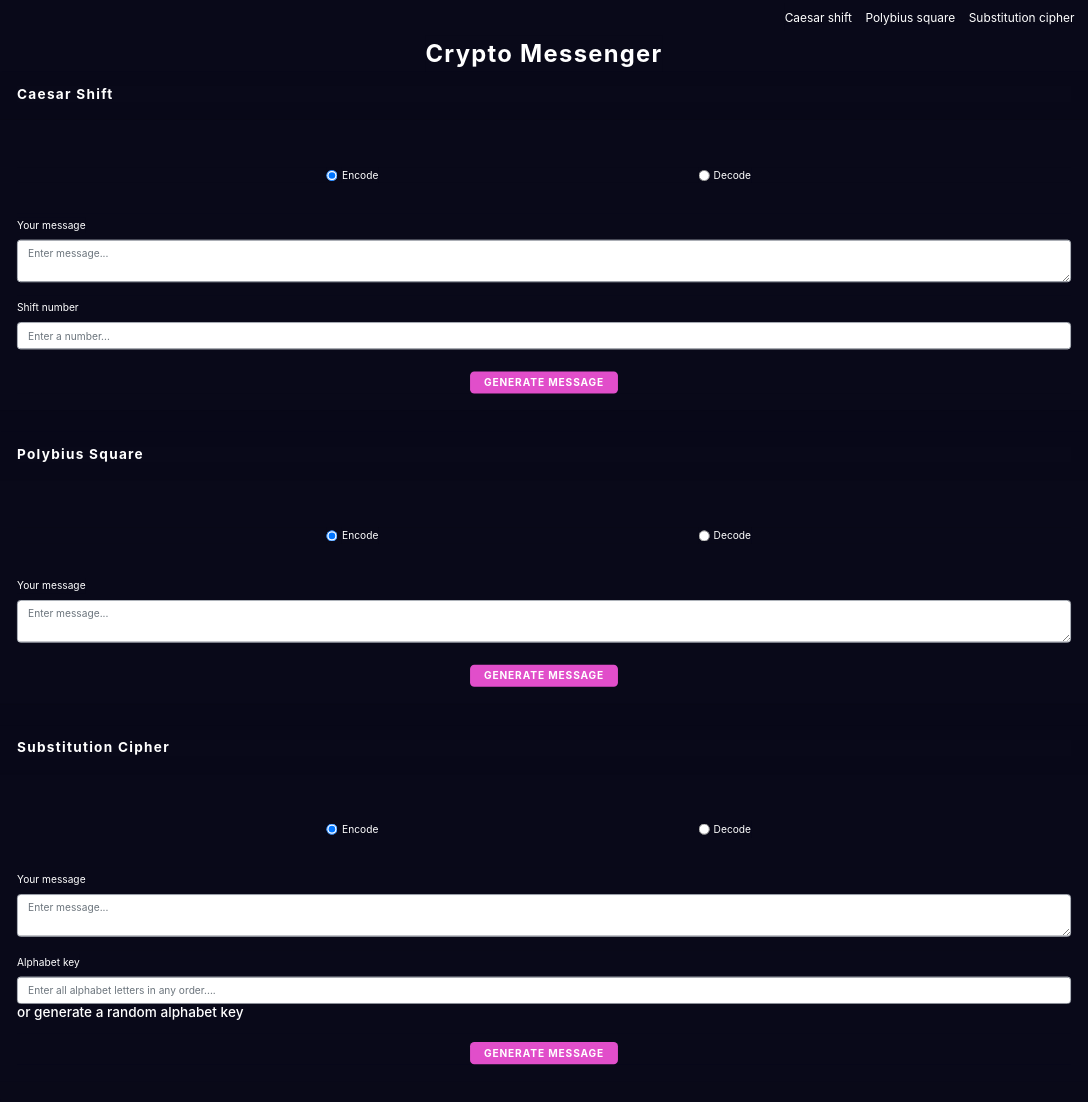
Repository: Rthompson2548/Project-Decoder-Ring
Page: index.html
The author's editor kept a copy of each file at every save. The page is drawn from the files as they stood at one save, then again after the next save.
The browser window is 1280 px wide. The pictures show the whole page, at 85% of full size.

Above is the page before, as saved 2022-04-09 20:12:20.

After the next save:
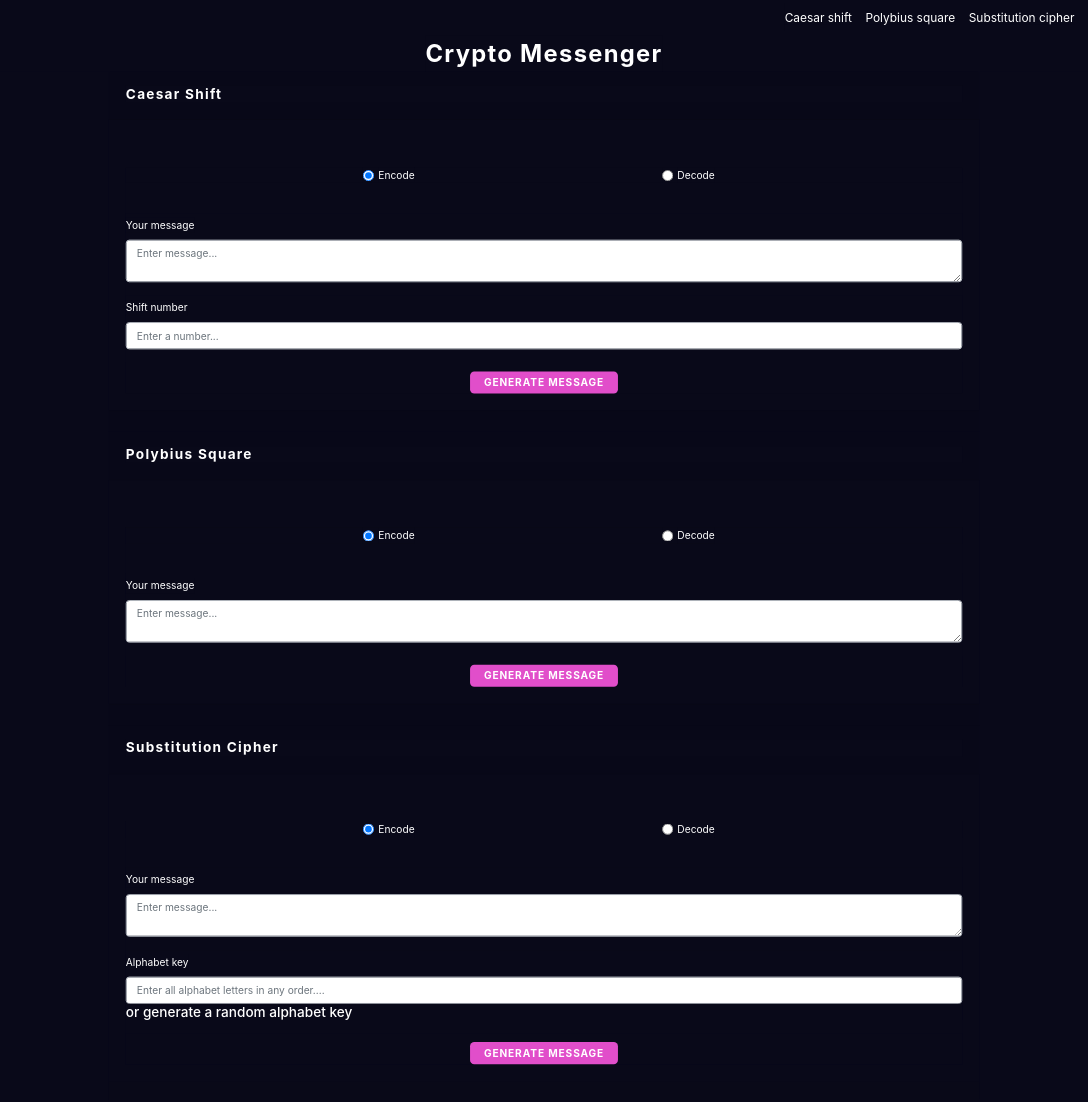
Saved 20 s later.
--- a/index.css
+++ b/index.css
@@ -62,7 +62,7 @@ input, textarea {
   color: #000;
   border: none;
   border-radius: 8px;
-  /* margin: 0 10%; */
+  margin: 0 10%;
 }
 
 .language-card-title {
